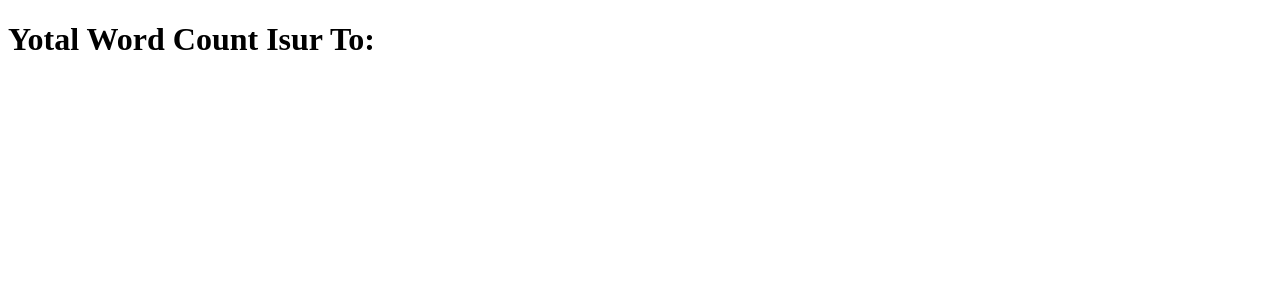
Repository: Space20001/word-count-project
Page: http://localhost/about/
These files come from the project's save history. The page is drawn as it stood at one moment and after the next save; the edit follows.
The browser window is 1280 px wide. The pictures show the whole page.
The page is served by the project's application, run on Django 3.2 (manage.py).

Above is the page before, as saved 2020-04-19 22:02:08.

After the next save:
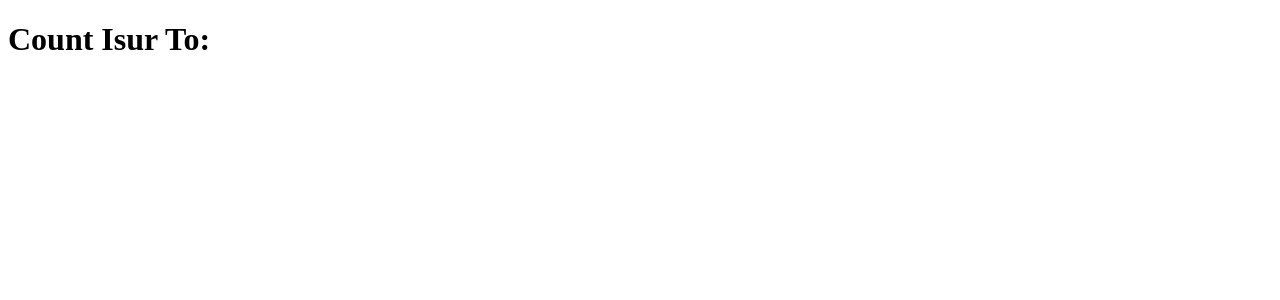
Saved 5 s later.
--- a/templates/count/about.html
+++ b/templates/count/about.html
@@ -1,7 +1,7 @@
 <!DOCTYPE html>
 <html>
     <body>
-<h1>Yotal Word Count Isur To:</h1>
+<h1>Count Isur To:</h1>
 
 
 
